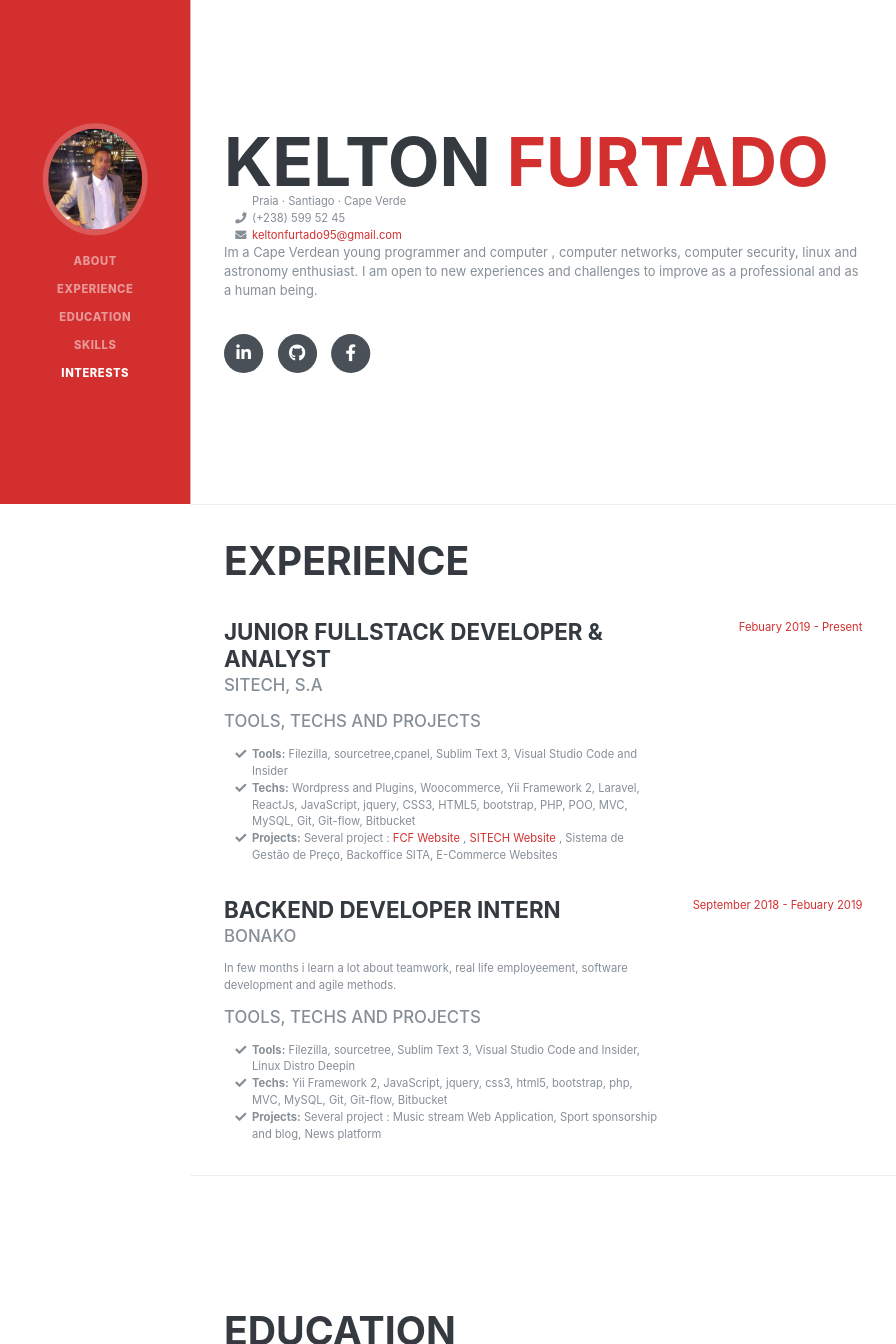
Repository: kcfurtado/kcfurtado.github.io
Page: index.html
The author's editor kept a copy of each file at every save. The page is drawn from the files as they stood at one save, then again after the next save.
The browser window is 1280 px wide. The pictures show the part of the page from y = 0 to 1920 px (the page is 3843 px tall), at 70% of full size.
Some web fonts or font styles are not loaded; a fallback is used.

Above is the page before, as saved 2020-04-04 18:43:16.

After the next save:
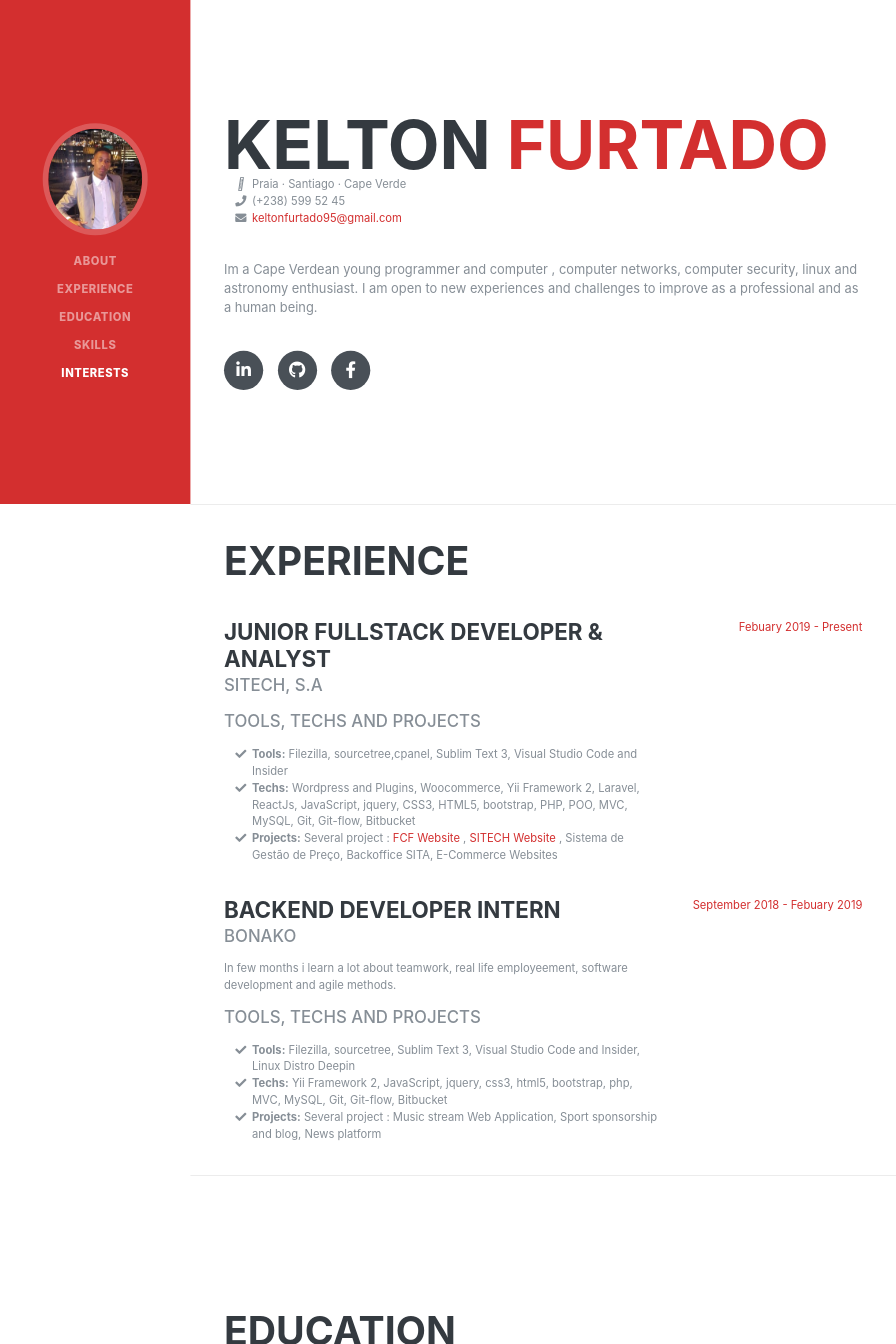
Saved 25 min 21 s later.
--- a/index.html
+++ b/index.html
@@ -69,7 +69,7 @@
 
         <ul class="fa-ul mb-0">
           <li>
-            <i class="fa-li fa-map-marker-plus"></i> Praia · Santiago · Cape Verde
+            <i class="fa-li fa-map-marker"></i> Praia · Santiago · Cape Verde
           </li>
           <li>
             <i class="fa-li fa fa-phone"></i>(+238) 599 52 45
@@ -78,6 +78,8 @@
             <i class="fa-li fa fa-envelope"></i> <a target="_blank" href="mailto:kelfurtado28@hotmail.com">keltonfurtado95@gmail.com</a>
           </li>
         </ul>
+        <br />
+        <br />
         <p class="lead mb-5">Im a Cape Verdean young programmer and computer , computer networks, computer security, linux and astronomy enthusiast. I am open to new experiences and challenges to improve as a professional and as a human being.</p>
         <div class="social-icons">
           <a target="_blank" href="https://linkedin.com/in/kelton-furtado">
